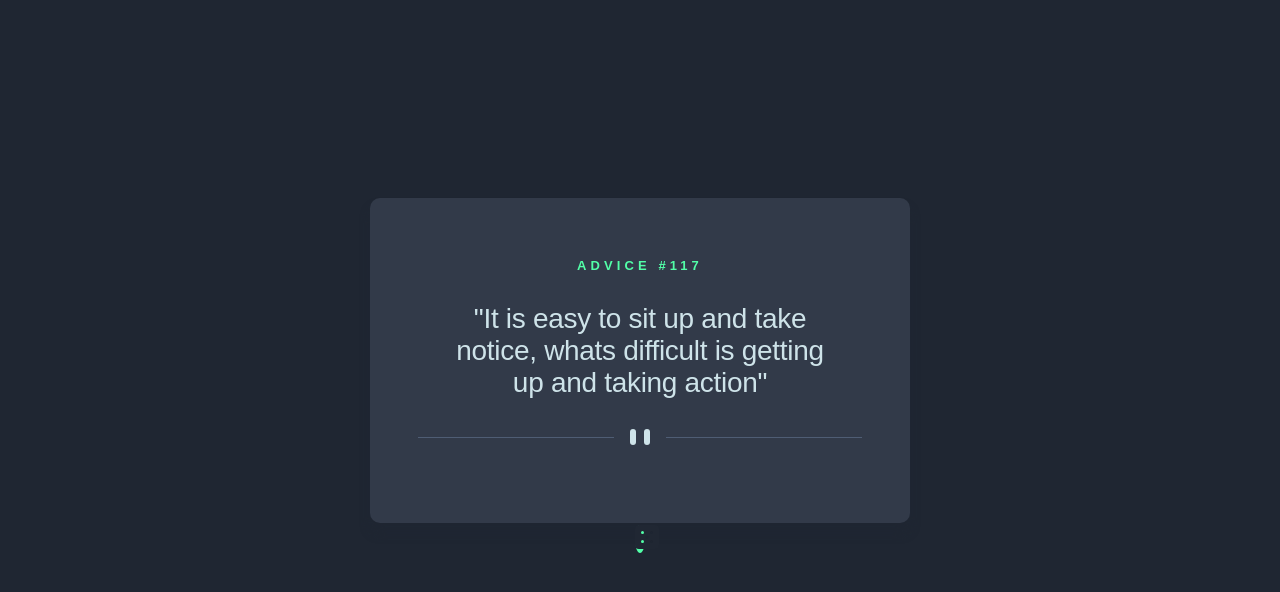
Repository: Arkitecth/advice-generator
Page: index.html
An editor plug-in stored every save of this project. The page is shown before and after the next save, followed by the edit.
The browser window is 1280 px wide. The pictures show the whole page.

Above is the page before, as saved 2023-07-12 18:07:43.

### index.html
<!DOCTYPE html>
<html lang="en">
<head>
  <meta charset="UTF-8">
  <meta name="viewport" content="width=device-width, initial-scale=1.0"> <!-- displays site properly based on user's device -->

  <link rel="icon" type="image/png" sizes="32x32" href="./images/favicon-32x32.png">
  <link rel="stylesheet" href="style.css">
  <title>Advice generator app</title>

</head>
<body>
  <div class="container">
    <p class="advice">Advice <span class="advice-num">#117</span></p>
    <p class="advice-text">"It is easy to sit up and take notice, whats difficult is getting up and taking action"</p>
    <img class="pattern-divider" src="images/pattern-divider-desktop.svg" alt="pattern-divider-desktop">
    <div>
      <img class="dice-icon" src="images/icon-dice.svg" alt="dice-icon">
    </div>

  </div>
</body>
</html>

### style.css
:root {
    --dark-blue: hsl(218, 23%, 16%);
    --dark-grayish-blue:hsl(217, 19%, 24%);
    --light-cyan:  hsl(193, 38%, 86%);
    --neon-green:hsl(150, 100%, 66%);
    --grayish-blue:hsl(217, 19%, 38%);
}
* {
    margin: 0;
    padding:0;
    box-sizing: border-box;
    font-family: 'Manrope', sans-serif;
}
@import url('https://fonts.googleapis.com/css2?family=Manrope:wght@800&display=swap');


body {
    background-color: var(--dark-blue);
    display: flex;
    height: 100vh;
    align-items: center;
}

.container {
    margin: 0 auto;
    background-color: var(--dark-grayish-blue);
    max-width: 540px;
    padding: 50px;
    border-radius: 10px;
    box-shadow: 0px 10px 10px var(--dark-blue);
    display: flex;
    flex-direction: column;
    align-items: center;
    align-content: space-around;
    justify-content: space-between;
}

.advice {
    color: var(--neon-green);
    text-transform: uppercase;
    font-weight: 800;
    letter-spacing: 4.086px;
    font-size: 0.8125rem;
    padding: 10px;
}

.advice-text {
    color: var(--light-cyan);
    text-align: center;
    font-size: 28px;
    letter-spacing: -0.3px;
    padding: 20px;
}


.pattern-divider {
    padding-top: 10px;
}


.container div {
    transform: translateY(80px);
    background-color: var(--neon-green);
    border-radius: 50%;
    width: 10px;
}

.dice-icon {
    text-align: center;
}

After the next save:
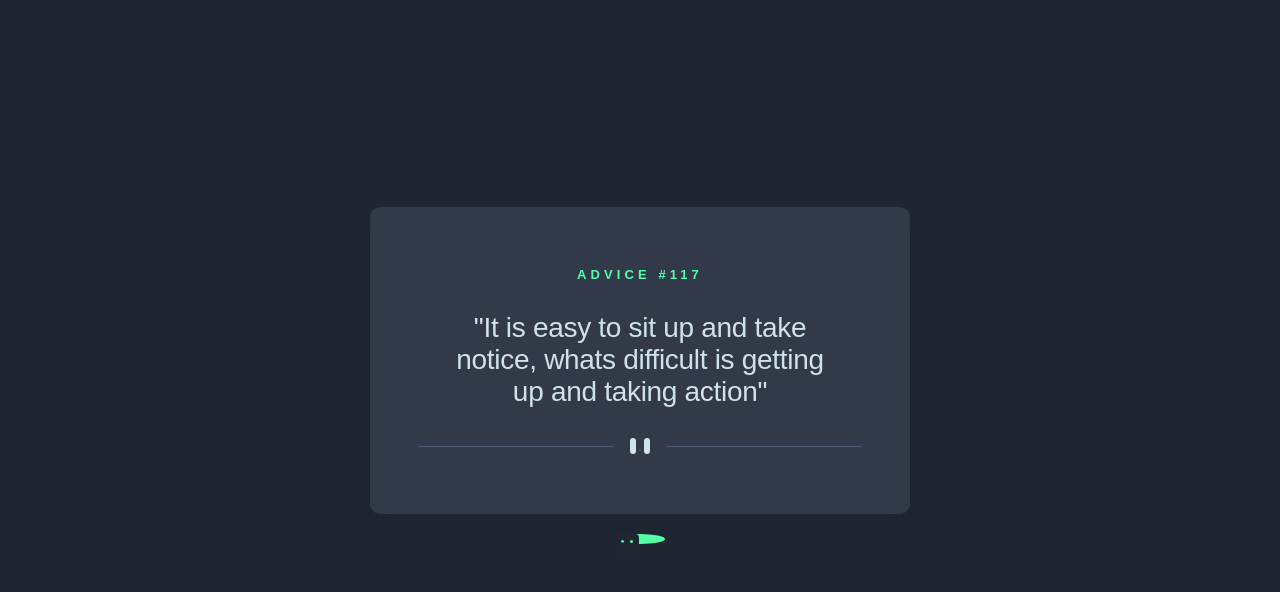
Saved 8 s later.
--- a/style.css
+++ b/style.css
@@ -62,7 +62,8 @@
     transform: translateY(80px);
     background-color: var(--neon-green);
     border-radius: 50%;
-    width: 10px;
+    width: 50px;
+    height: 10px;
 }
 
 .dice-icon {
